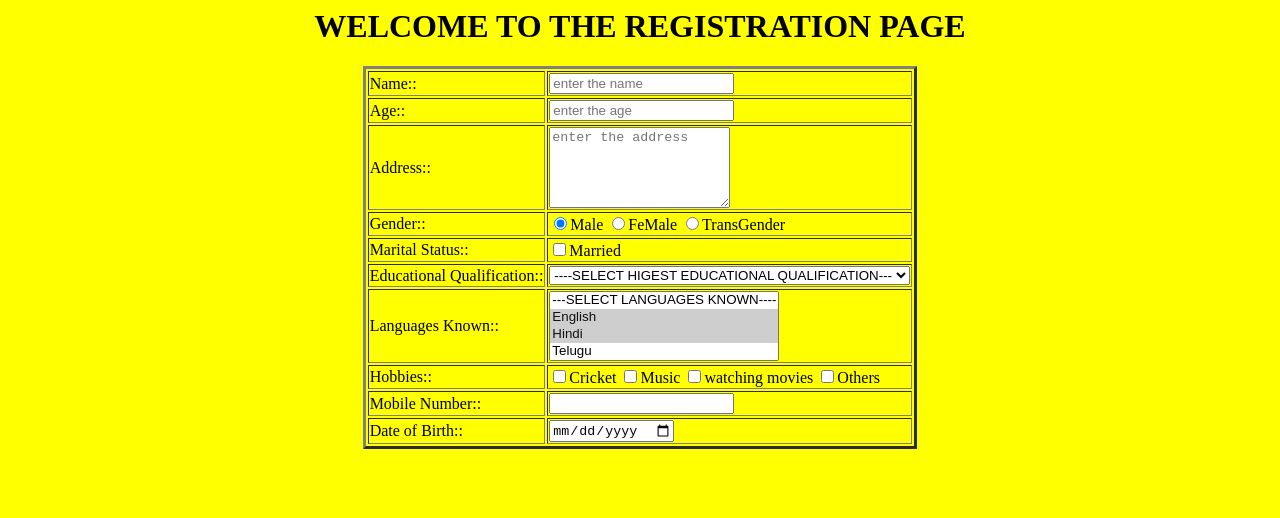
Repository: shivaramkrishna53/SERVLET_PROJECTS
Page: proj12-WorkingWithDifferentFormComponents-RegistrationApp/WebContent/input.html
An editor plug-in stored every save of this project. The page is shown before and after the next save, followed by the edit.
The browser window is 1280 px wide. The pictures show the whole page.

Above is the page before, as saved 2021-01-12 15:02:03.

### proj12-WorkingWithDifferentFormComponents-RegistrationApp/WebContent/input.html
<html>
<head>
<title>Registration</title>
</head>
<body bgcolor="yellow">
<center>
<h1 >WELCOME TO THE REGISTRATION PAGE</h1>
<form action="registrationurl" method="post">
<table border="3">
<tr>
<td>Name::</td>
<td>
<input type="text" name="pname" placeholder="enter the name"/>
</td>
</tr>
<tr>
<td>Age::</td>
<td>
<input type="number" name="page" placeholder="enter the age"/>
</td>
</tr>
<tr>
<td>Address::</td>
<td>
<textarea rows="5" cols="20" placeholder="enter the address" name="address"></textarea>
</td>
</tr>
<tr>
<td>Gender::</td>
<td>
<input type="radio" name="gender" value="M" checked>Male
<input type="radio" name="gender" value="F">FeMale
<input type="radio" name="gender" value="T">TransGender
</td>
</tr>
<tr>
<td>Marital Status::</td>
<td>
<input type="checkbox" value="Married">Married
</td>
</tr>
<tr>
<td>
Educational Qualification::
</td>
<td>
<select name="education">
<option>----SELECT HIGEST EDUCATIONAL QUALIFICATION---</option>
<option value="btech">B.TECH</option>
<option value="mbbs">MBBS</option>
<option value="bcom">B.COM</option>
<option value="bpharmacy">B.PHARMACY</option>
</select>
</td>
</tr>
<tr>
<td>Languages Known::</td>
<td>
<select name="languages" multiple>
<option>---SELECT LANGUAGES KNOWN----</option>
<option value="english" selected>English</option>
<option value="hindi" selected>Hindi</option>
<option value="telugu">Telugu</option>
<option value="tamil">Tamil</option>
<option value="bengali">Bengali</option>
<option value="marathi">Marathi</option>
<option value="kanada">Kanada</option>
</select>
</td>
</tr>
<tr>
<td>Hobbies::</td>
<td>
<input type="checkbox" name="hobbies" value="cricket">Cricket
<input type="checkbox" name="hobbies" value="music">Music
<input type="checkbox" name="hobbies" value="watching movies">watching movies
<input type="checkbox" name="hobbies" value="others">Others
</td>
</tr>
<tr>
<td>Mobile Number::</td>
<td>
<input type="tel" name="mobile">
</td>
</tr>
<tr>
<td>Date of Birth::</td>
<td>
<input type="date" name="dob">
</td>
</tr>
</table>
</form>
</center>
</body>
</html>

After the next save:
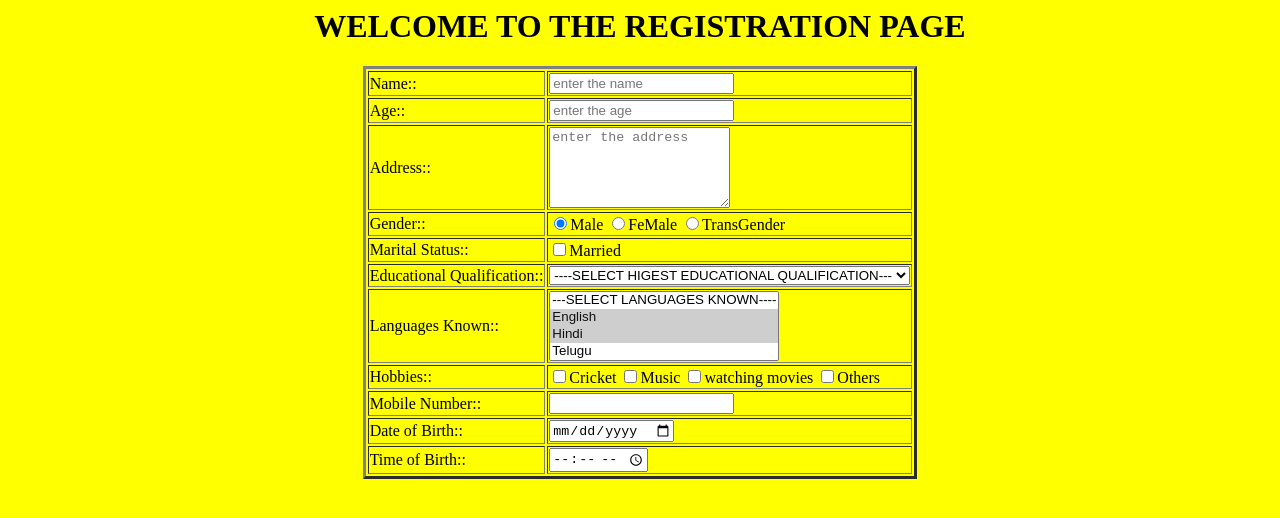
Saved 2 min 8 s later.
--- a/proj12-WorkingWithDifferentFormComponents-RegistrationApp/WebContent/input.html
+++ b/proj12-WorkingWithDifferentFormComponents-RegistrationApp/WebContent/input.html
@@ -89,6 +89,12 @@ Educational Qualification::
 <input type="date" name="dob">
 </td>
 </tr>
+<tr>
+<td>Time of Birth::</td>
+<td>
+<input type="time" name="tob">
+</td>
+</tr>
 </table>
 </form>
 </center>
